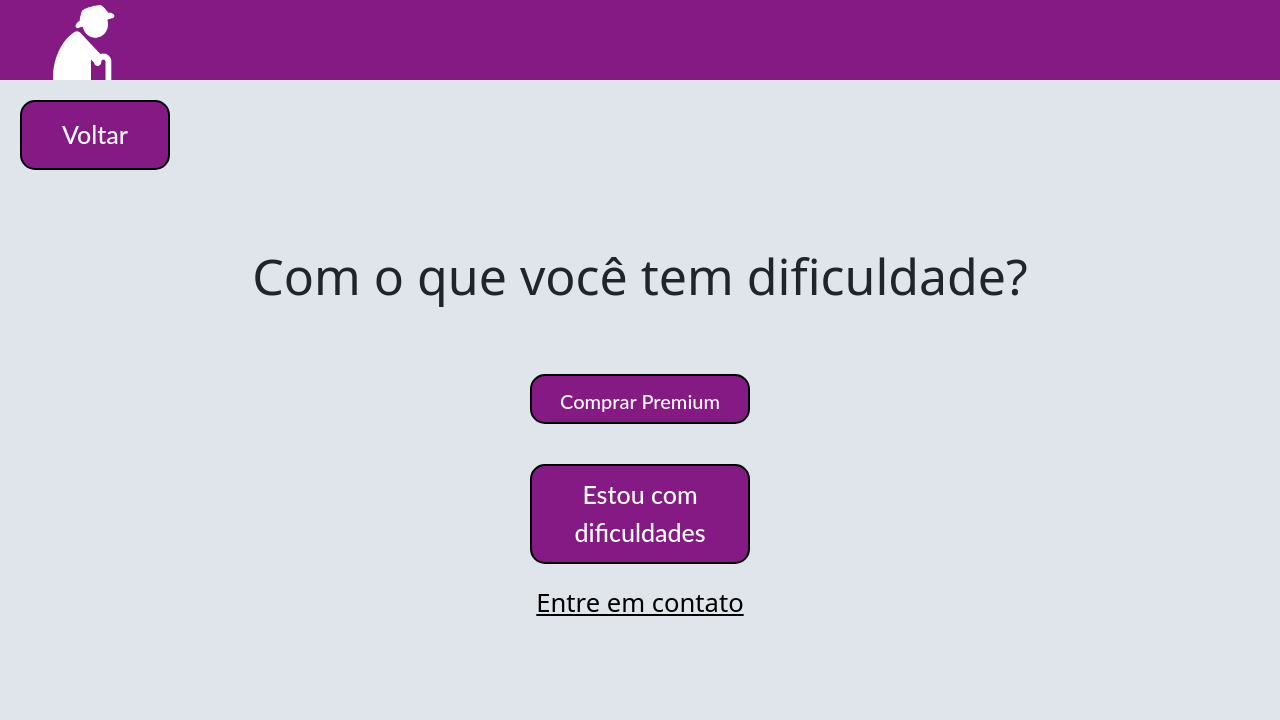
Repository: felipecampolina/TutoriTech
Page: codigo/Tutoritech/Tutoritech/src/main/resources/public/frontend/tut-gratuitos/index.html
The author's editor kept a copy of each file at every save. The page is drawn from the files as they stood at one save, then again after the next save.
The browser window is 1280 px wide. The pictures show the whole page.
Some web libraries are served in a nearby version.

Above is the page before, as saved 2022-10-13 23:40:04.
Console error: ReferenceError: init is not defined

After the next save:
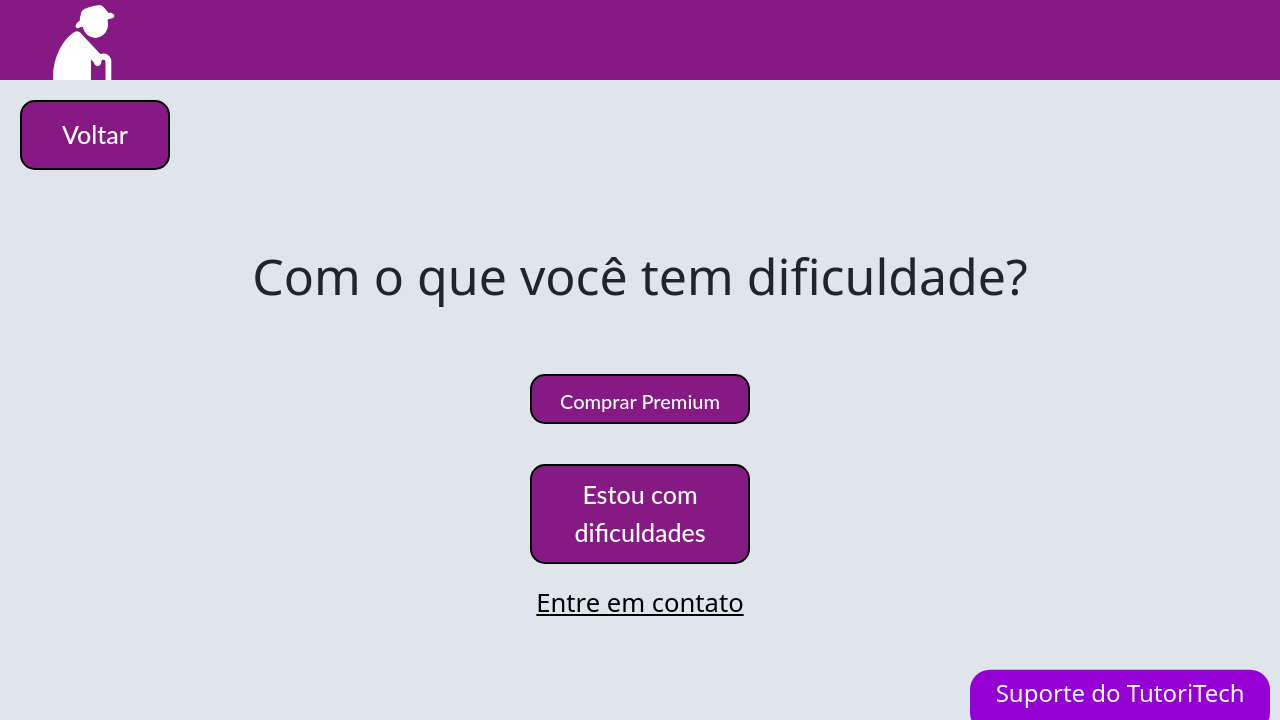
Saved 8 s later.
--- a/codigo/Tutoritech/Tutoritech/src/main/resources/public/frontend/tut-gratuitos/index.html
+++ b/codigo/Tutoritech/Tutoritech/src/main/resources/public/frontend/tut-gratuitos/index.html
@@ -19,13 +19,13 @@
         <div class="container-fluid cabecalho">
             <div class="row">
                 <div class="col-6">
-                    <a href="/frontend/inicio-login/inicio.html"> <img class="imagemprovisoria" src="logo.png" alt=""> </a>
+                    <a href="/frontend/inicio-login/inicio"> <img class="imagemprovisoria" src="logo.png" alt=""> </a>
                 </div>
             </div>
 
             <div class="col-6" id="nomeUsuario">
-                <div id="insertSair">
-
+            	<div id="insertSair">
+                	<inserir-sair>
                 </div>
             </div>
 
@@ -49,17 +49,20 @@
 
             <div id="btn-infos" class="row" >
                 <div class="col-12">
-                    <a href="/frontend/compra/compra.html"><button id="comprar" class="custom-btn btn-13 ">Comprar Premium</button></a>
+                    <a href="/frontend/compra/comprar"><button id="comprar" class="custom-btn btn-13 ">Comprar Premium</button></a>
                 </div>
                 <div class="col-12">
-                    <a href="/frontend/tutorial/index/9"><button id="dificuldades" class="custom-btn btn-13">Estou com dificuldades</button></a>
+                    <a href="/frontend/tutorial/9"><button id="dificuldades" class="custom-btn btn-13">Estou com dificuldades</button></a>
                 </div>
 
             </div>
         </div>
         <div id="acontato">
-                    <a class="Contato" href="/frontend/EntreEmContato/contato.html">Entre em contato</a>
+			<a class="Contato" href="/frontend/EntreEmContato/contato">Entre em contato</a>
         </div>
+		<div class="bot-area">
+    		<button onclick="abrirBot()" id="bot-nome" style="color:#ffffff; margin-bottom: 22px">Suporte do TutoriTech</button>
+    	</div>
     </main>
 
     <footer class="container">
